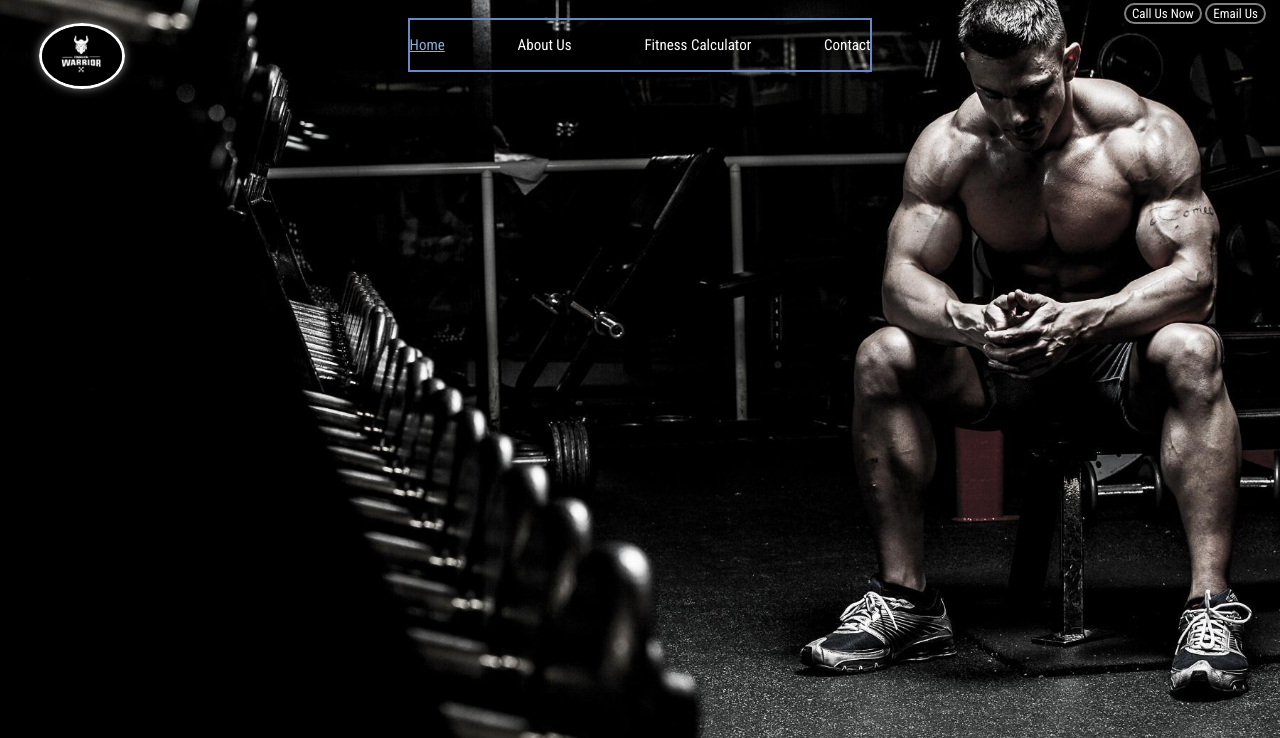
Repository: asthaasquare/project-1
Page: project-1/index.html
The author's editor kept a copy of each file at every save. The page is drawn from the files as they stood at one save, then again after the next save.
The browser window is 1280 px wide. The pictures show the whole page.
Some web fonts or font styles are not loaded; a fallback is used.

Above is the page before, as saved 2024-05-09 17:14:41.

### project-1/index.html
<!DOCTYPE html>
<html lang="en">
<head>
  <meta charset="UTF-8" />
  <meta name="viewport" content="width=device-width, initial-scale=1.0" />
  <title>Fit World</title>
  </head>
  <link rel="preconnect" href="https://fonts.googleapis.com">
<link rel="preconnect" href="https://fonts.gstatic.com" crossorigin>
<link href="https://fonts.googleapis.com/css2?family=Briem+Hand:wght@100..900&family=Jaro:opsz@6..72&family=Jersey+25+Charted&family=Oswald:wght@200..700&family=Poetsen+One&family=Raleway:ital,wght@0,100..900;1,100..900&family=Roboto+Condensed:ital,wght@0,100..900;1,100..900&display=swap" rel="stylesheet">
<link rel="stylesheet" href="css/style.css" />
  <style>
    body {
      color: white;
      margin: 0;
      padding: 0;
      background-image: url("img/1087639.jpg");
      background-size: cover; /* This will make sure the image covers the entire background */
      background-position: center; /* This will center the image within the container */
      height: 100vh; /* This will set the height of the background to the viewport height */
      font-family: "Roboto Condensed", sans-serif;
  font-optical-sizing: auto;
    }

    .left {
      /* border: 2px double rgb(75, 62, 62); */
      display: inline-block;
      position: absolute;
      top: 0px;
      left: 34px;
      padding: 5px; /* Add some padding around the logo */
    }

    .left img {
      width: 80px;
      height: auto;
      border-radius: 50%;
      border: 3px solid white;
      box-shadow: 0 0 10px rgba(255, 255, 255, 0.5);
    }

    .mid {
      margin: 18px auto;
      display: block;
      width: 36%;
      border: 2px double rgb(106, 137, 200);
    }

    .right {
      position: absolute;
      display: inline-block;
      /* border: 2px double rgb(100, 96, 222); */
      top: 0px;
      right: 34px;
    }



    .navbar {
      display: flex; /* Use flexbox for better alignment */
      justify-content: space-between; /* Distribute items evenly across the container */
      align-items: center; /* Center items vertically */
      padding: 0;
    }

    .navbar li {
      font-size: 15px;
      list-style: none; /* Remove default list styles */
      margin-right: 20px; /* Add some spacing between navbar items */
    }

    .navbar li a {
      color: white;
      text-decoration: none;
    }

    .navbar li a:hover,
    .navbar li a.active {
      text-decoration: underline;
      color: rgb(136, 177, 215);
    }

    .navbar li:last-child {
      margin-right: 0; /* Remove margin from the last navbar item */
    }

    .header {
      position: relative; /* Set position to relative to allow absolute positioning of child elements */
    }

   .btn{
      margin: 0px 0px;
      color: white;
      background-color: black;
      position:relative;
      right: 22px;
      top: -15px;
      left:20px;
      border: 2px solid grey;
      border-radius: 13px;
      font-size: 13px;
      cursor: pointer;
      transition: background-color 0.3s, border-color 0.3s;
      font-family: "Roboto Condensed", sans-serif;
    }

    .btn:hover {
  background-color: grey; /* Change background color on hover */
  border-color: black; /* Change border color on hover */
}
  </style>


<body>
  <header class="header">
    <div class="left">
      <img src="img/logo.jpg" alt="Logo" />
    </div>
    <div class="mid">
      <ul class="navbar">
        <li><a href="#" class="active">Home</a></li>
        <li><a href="#">About Us</a></li>
        <li><a href="#">Fitness Calculator</a></li>
        <li><a href="#">Contact</a></li>
      </ul>
    </div>
    <div class="right">
       <button class="btn">Call Us Now</button>
       <button class="btn">Email Us</button>
    </div>
  </header>
</body>
</html>

Loaded but not shown: project-1/css/style.css (no stored copy; drawn as an empty file)

After the next save:
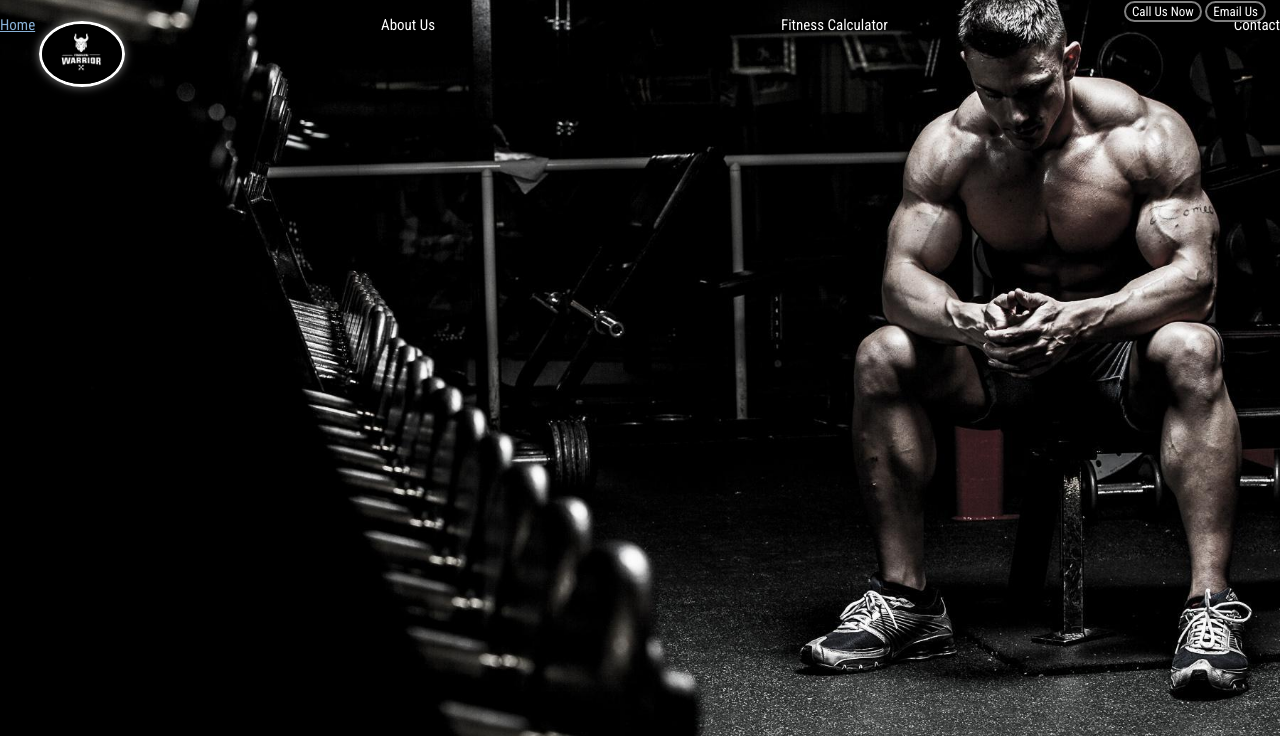
Saved 3 min 21 s later.
--- a/project-1/index.html
+++ b/project-1/index.html
@@ -38,6 +38,8 @@
       border: 3px solid white;
       box-shadow: 0 0 10px rgba(255, 255, 255, 0.5);
     }
+
+    .left
 
     .mid {
       margin: 18px auto;

After the 3 saves that followed:
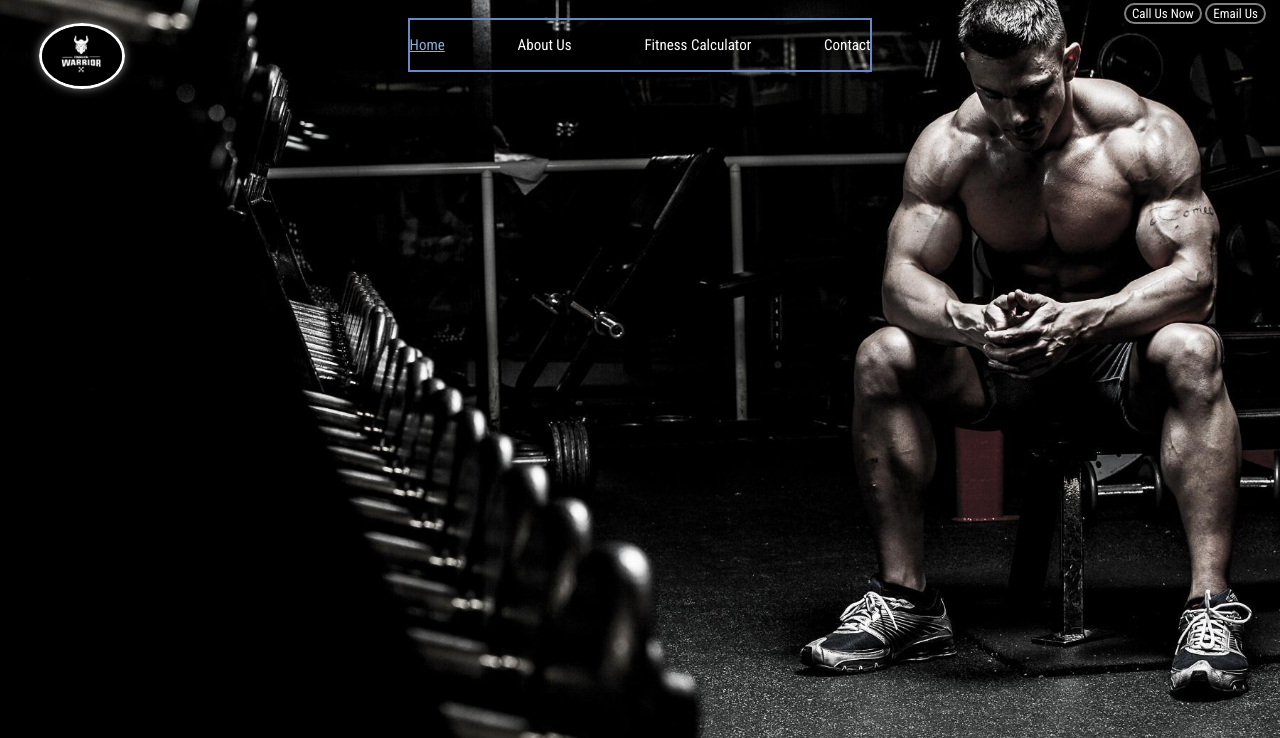
The 3 saves are shown as one change because they came seconds apart.
The last was saved 8 s later.
--- a/project-1/index.html
+++ b/project-1/index.html
@@ -39,7 +39,9 @@
       box-shadow: 0 0 10px rgba(255, 255, 255, 0.5);
     }
 
-    .left
+    .left div{
+      line-height: 0px;
+    }
 
     .mid {
       margin: 18px auto;
